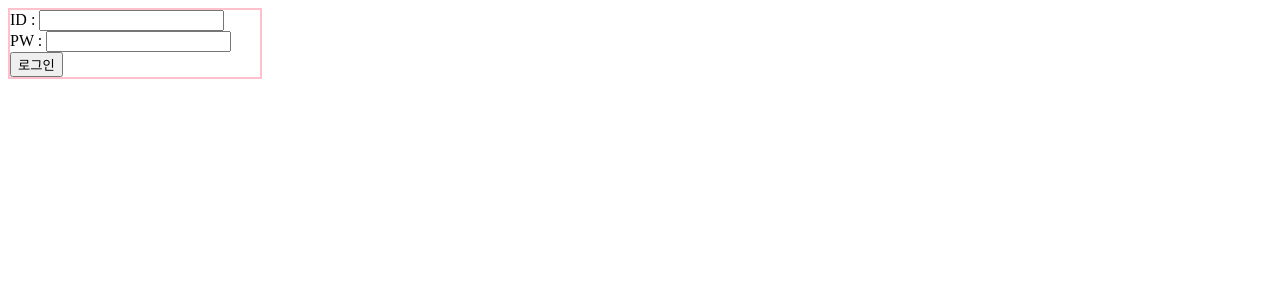
Repository: hyejux/jsp
Page: http://localhost/JSPBasic/response/res_02.jsp
The author's editor kept a copy of each file at every save. The page is drawn from the files as they stood at one save, then again after the next save.
The browser window is 1280 px wide. The pictures show the whole page.
The page is served by Tomcat 10. Other server files are loaded and not shown.

Above is the page before, as saved 2024-06-26 00:33:50.

### JSPBasic/src/main/webapp/response/res_02.jsp
<%@ page language="java" contentType="text/html; charset=UTF-8"
    pageEncoding="UTF-8"%>
<!DOCTYPE html>
<html>
<head>
<meta charset="UTF-8">
<title>Insert title here</title>
<style>

	form {
	border : 2px solid pink;
	width: 250px;

	}


</style>
</head>
<body>

<%--
      1.ex02에서는 아이디, 비번을 받도록 form을 만들고,
        ex02_result 페이지로 post방법으로 전송한다.
    --%>

<form action="res_result.jsp"  method="post">
	ID : <input type="text" name="id"> <br>
	PW : <input type="password" name="pw"> <br>

	<input type="submit" value="로그인" name="submit">
</form>

</body>
</html>

After the next save:
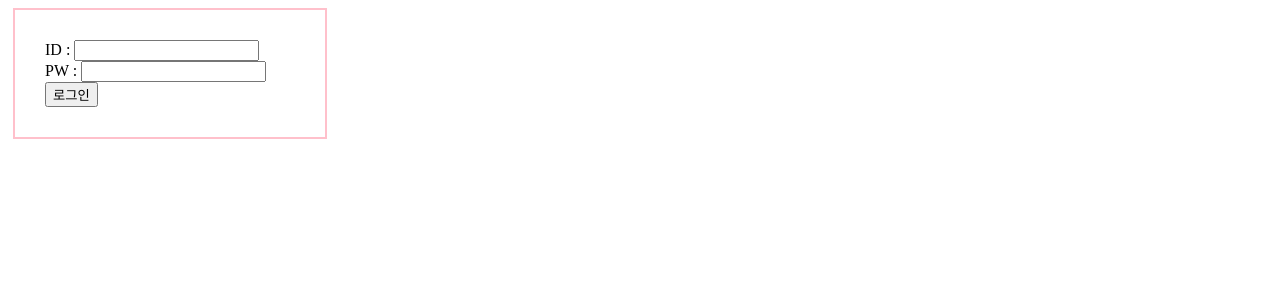
Saved 15 s later.
--- a/JSPBasic/src/main/webapp/response/res_02.jsp
+++ b/JSPBasic/src/main/webapp/response/res_02.jsp
@@ -10,6 +10,8 @@
 	form {
 	border : 2px solid pink;
 	width: 250px;
+	padding : 30px;
+	margin : 5px;
 
 	}
 
